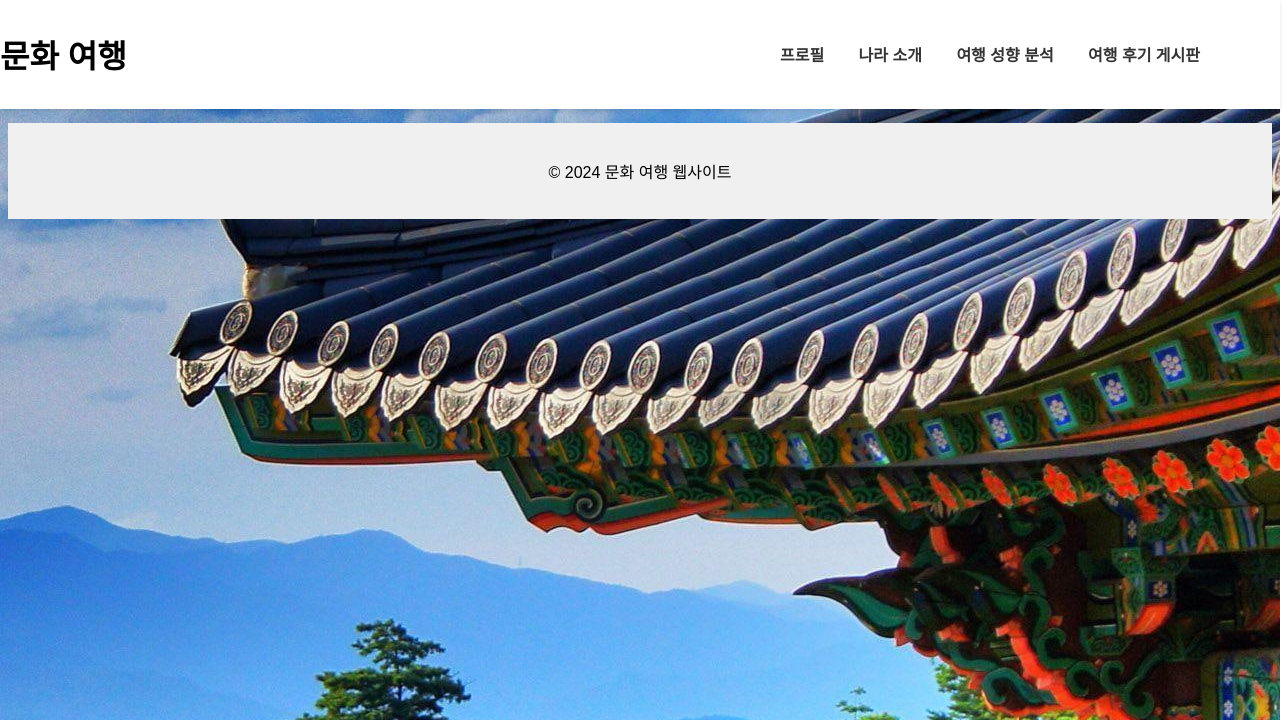
Repository: LifeIsRightward/WebServer
Page: http://localhost/JSPBook/Project/index.jsp?id=null
These files come from the project's save history. The page is drawn as it stood at one moment and after the next save; the edit follows.
The browser window is 1280 px wide. The page is 1280 px wide, then 1288 px, so the pictures cover 1288 px, including what lies to the right of the window. The pictures show the whole page.
Backgrounds fixed to the window are drawn as part of the page. The page is served by Tomcat 9. Other server files are loaded and not shown.

Above is the page before, as saved 2024-06-04 15:42:00.

### JSPBook/src/main/webapp/Project/index.jsp
<%@ page language="java" contentType="text/html; charset=EUC-KR"
    pageEncoding="EUC-KR"%>
<!DOCTYPE html>
<html>
<head>
<meta charset="EUC-KR">
<title>Insert title here</title>
<style>
/* style.css */


body {
    background-image: url("./assets/background.jpg"); /* 전체 배경 이미지 설정 */
    background-size: auto ; /* 배경 이미지 크기 조절 */
    background-position: center; /* 배경 이미지 위치 조절 */
    background-attachment: fixed; /* 스크롤해도 배경 이미지 고정 */
    background-repeat: no-repeat; /* 이미지 반복 방지 */
    font-family: sans-serif; /* 글꼴 설정 */
}

header {
	display: flex; /* header를 flexbox로 설정 */
    align-items: center; /* 항목들을 중앙 정렬 */
    justify-content: space-between; /* 항목들을 양쪽 끝으로 분산 */
    position: fixed; /* 네비게이션바 고정 */
    top: 0; /* 상단에 위치 */
    left: 0; /* 왼쪽에 위치 */
    width: 100%; /* 전체 너비 차지 */
    background-color: #fff; /* 배경색 */
    padding: 10px 0; /* 여백 설정 */
    box-shadow: 0 2px 4px rgba(0, 0, 0, 0.1); /* 그림자 효과 */
}

nav ul {
    list-style: none; /* 기본 목록 스타일 제거 */
    margin-right: 50px;
    padding: 0; /* 여백 제거 */
    text-align: right; /* 오른쪽 정렬 */
}

nav li {
    display: inline-block; /* li 요소를 가로로 나열 */
    margin-right: 30px; /* 각 li 요소 사이 여백 */
}

nav a {
    color: #333; /* 링크 색상 */
    text-decoration: none; /* 기본 텍스트 장식 제거 */
    font-weight: bold; /* 글씨체 강조 */
}

nav a:hover {
    color: #000; /* 마우스 호버 시 링크 색상 변경 */
}

main {
    padding: 20px; /* 본문 콘텐츠 여백 */
}

section {
    margin-bottom: 20px; /* 각 섹션 하단 여백 */
}

footer {
    text-align: center; /* 푸터 가운데 정렬 */
    padding: 20px;
    background-color: #f0f0f0;
}




</style>
</head>
<body>
    <header>
        <h1>문화 여행</h1>
        <nav>
            <ul>
                <li><a href="#">프로필</a></li>
                <li><a href="#">나라 소개</a></li>
                <li><a href="#">여행 성향 분석</a></li>
                <li><a href="#">여행 후기 게시판</a></li>
            </ul>
        </nav>
    </header>

    <main>
        <section id="introduce">
            <h2>사이트 소개</h2>
         </section>
    </main>

    <footer>
        <p>&copy; 2024 문화 여행 웹사이트</p>
    </footer>
</body>
</html>

After the next save:
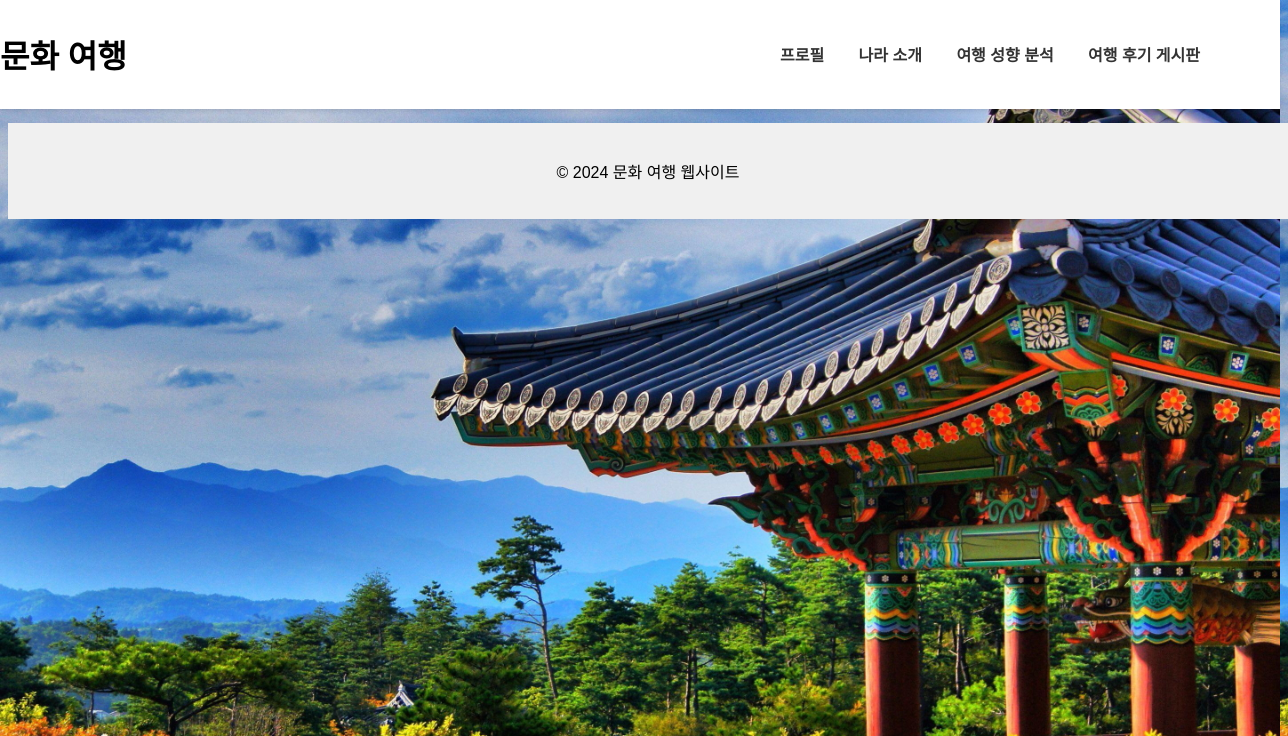
Saved 59 s later.
--- a/JSPBook/src/main/webapp/Project/index.jsp
+++ b/JSPBook/src/main/webapp/Project/index.jsp
@@ -11,11 +11,13 @@
 
 body {
     background-image: url("./assets/background.jpg"); /* 전체 배경 이미지 설정 */
-    background-size: auto ; /* 배경 이미지 크기 조절 */
+    background-size: cover ; /* 배경 이미지 크기 조절 */
     background-position: center; /* 배경 이미지 위치 조절 */
     background-attachment: fixed; /* 스크롤해도 배경 이미지 고정 */
     background-repeat: no-repeat; /* 이미지 반복 방지 */
     font-family: sans-serif; /* 글꼴 설정 */
+    height: 100vh;
+    width: 100vw;
 }
 
 header {
